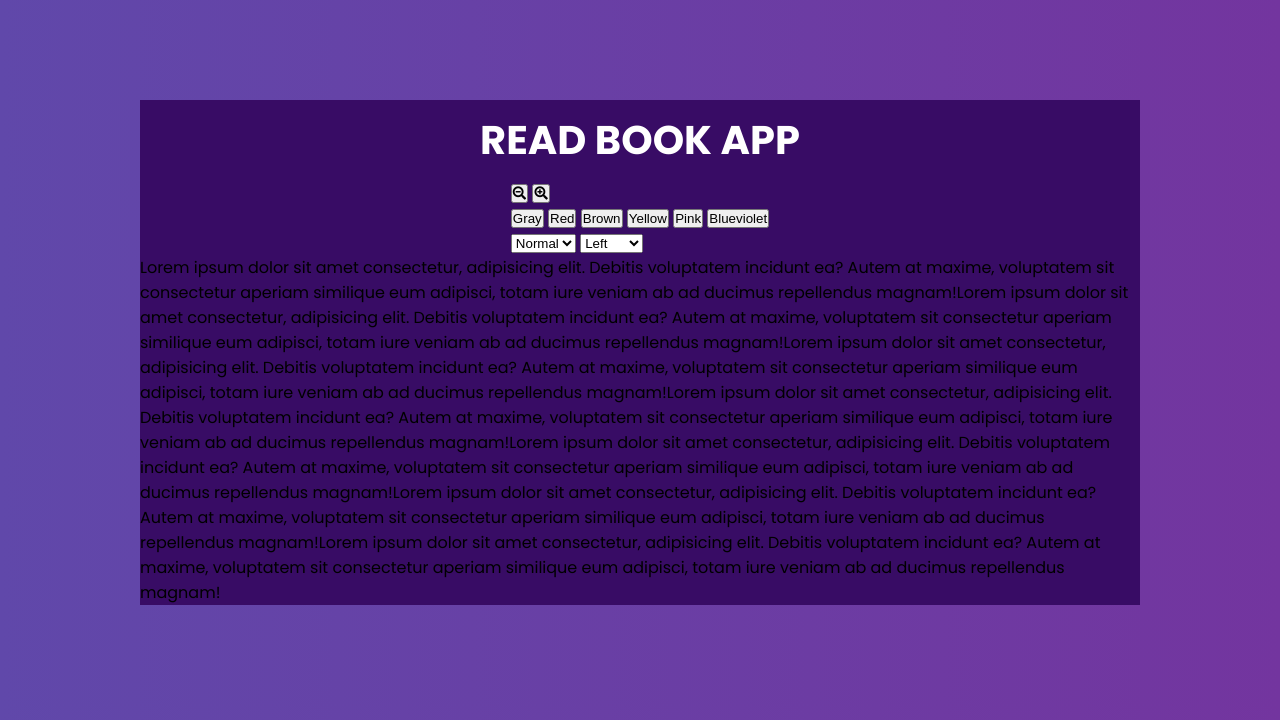
Repository: dinhconglam2306/frontend_tu_xa
Page: b09/02-reading-info/index.html
The author's editor kept a copy of each file at every save. The page is drawn from the files as they stood at one save, then again after the next save.
The browser window is 1280 px wide. The pictures show the whole page.
After loading, the first visible `button.app-controls-zoom__button` was clicked once.
Some web libraries are served in a nearby version. The style sheet was rebuilt from its Sass, Less or Tailwind sources for each picture, by a compiler version that may differ from the author's.

Above is the page before, as saved 2021-04-25 05:56:04.

After the next save:
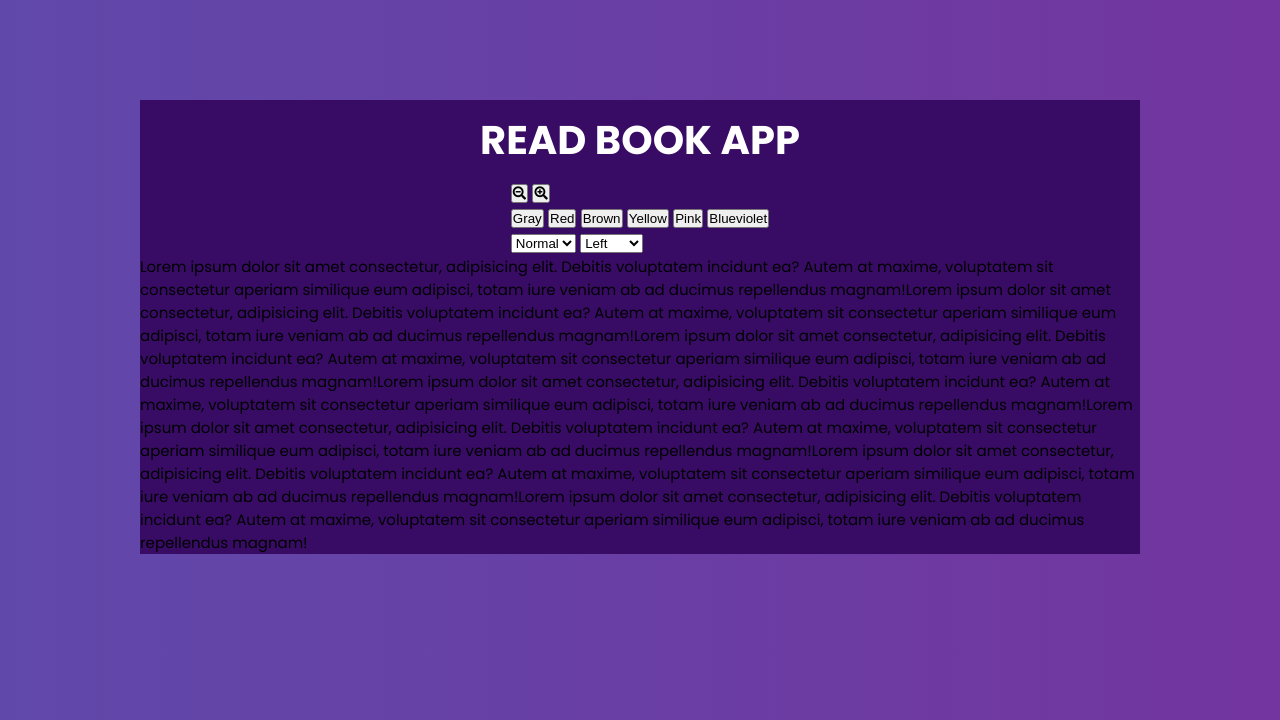
Saved 51 s later.
--- a/b09/02-reading-info/js/main.js
+++ b/b09/02-reading-info/js/main.js
@@ -24,7 +24,7 @@ $(document).ready(function () {
   /*------------FONTSIZE - START---------*/
   const incrementFontsize = 1;
   btnZoom.on("click", function () {
-    let fontSize = parseFloat($(".content").css("font-size"));
+    let fontSize = parseFloat($(".app-content").css("font-size"));
     let value = $(this).data("value");
     if (value == "zoom-out") {
       fontSize += incrementFontsize;
